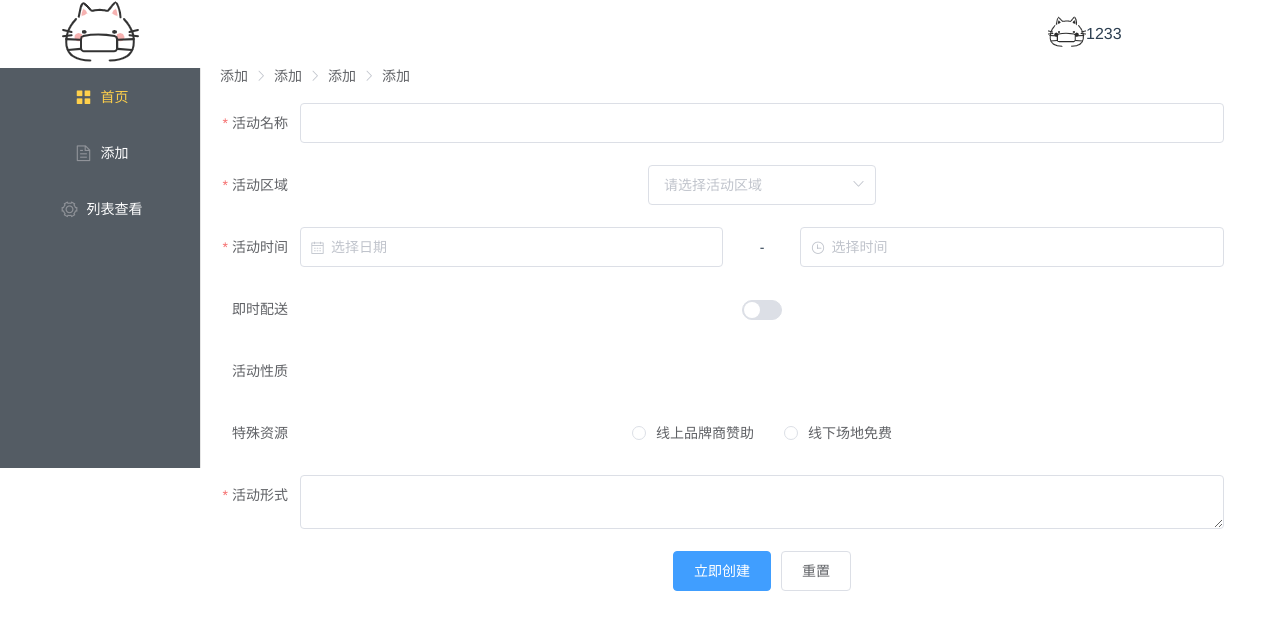
Repository: faintout/backMng
Page: /#/addList (app in backmng/)
These files come from the project's save history. The page is drawn as it stood at one moment and after the next save; the edit follows.
The browser window is 1280 px wide. The pictures show the whole page.
The project was rebuilt for these pictures with package versions that can differ from the ones it lists, and the page was loaded fresh each time. Also part of the build but not shown: backmng/vue.config.js, backmng/src/views/_index.vue, backmng/src/views/list.vue.

Above is the page before, as saved 2020-12-30 17:03:03.

### backmng/src/main.js
import Vue from 'vue'
import App from './App.vue'
import router from './router'
import store from './store'
import ElementUI from 'element-ui'
import 'element-ui/lib/theme-chalk/index.css'
import './assets/index.css'

Vue.use(ElementUI)
Vue.config.productionTip = false

new Vue({
  router,
  store,
  render: h => h(App)
}).$mount('#app')

### backmng/src/App.vue
<template>
  <div id="app">
    <router-view/>
  </div>
</template>

<style lang="less">
#app {
  font-family: Avenir, Helvetica, Arial, sans-serif;
  -webkit-font-smoothing: antialiased;
  -moz-osx-font-smoothing: grayscale;
  text-align: center;
  color: #2c3e50;
  height: 100%;
}

#nav {
  padding: 30px;

  a {
    font-weight: bold;
    color: #2c3e50;

    &.router-link-exact-active {
      color: #42b983;
    }
  }
}
</style>

### backmng/src/router/index.js
import Vue from 'vue'
import VueRouter from 'vue-router'
import Layout from '../views/layout.vue'
import _index from '../views/_index.vue'
import addList from '../views/addList.vue'
import list from '../views/list.vue'

Vue.use(VueRouter)

const routes = [
    {
        path: '/',
        name: 'Layout',
        component: Layout,
        children: [
            {
                path: '/_index',
                name: '首页',
                component: _index,
            },
            {
                path: '/addList',
                name: '添加',
                component: addList,
            },
            {
                path: '/list',
                name: '列表查看',
                component: list,
            },
        ]
    },
]

const router = new VueRouter({
    routes
})

export default router

### backmng/src/assets/index.css
* {
    /* width: 100%;
    height: 100%; */
    padding: 0;
    margin: 0;
}
html,body{
    height: 100%;
}
.h100{
    height: 100%;
}

### backmng/src/views/layout.vue
<template>
    <div class="h100">
        <div class="menu_list" style="width:200px;float:left">
            <!-- <header-top></header-top> -->
            <img :src="require('../assets/images/'+(!isCollapse?'7':'7_25px')+'.png')" alt="" @click="isCollapse = !isCollapse" :style="{left:isCollapse?'-64px':0}">
            <!-- <img src="../assets/images/7.png" alt="" @click="isCollapse = !isCollapse" style="cursor:pointer;"> -->
            <el-row class="tac h100">
                <el-col :span="12" class="h100">
                    <el-menu default-active="/_index" router class="el-menu-vertical-demo" @open="handleOpen" @close="handleClose" background-color="#545c64" text-color="#fff" active-text-color="#ffd04b" :collapse="isCollapse">
                        <el-menu-item index="/_index">
                            <i class="el-icon-menu"></i>
                            <span slot="title">首页</span>
                        </el-menu-item>
                        <el-menu-item index="/addList">
                            <i class="el-icon-document"></i>
                            <span slot="title">添加</span>
                        </el-menu-item>
                        <el-menu-item index="/list">
                            <i class="el-icon-setting"></i>
                            <span slot="title">列表查看</span>
                        </el-menu-item>
                    </el-menu>
                </el-col>
            </el-row>
        </div>
        <div style="width:80%;float:left">
            <header-top></header-top>
            <div class="content">
                <el-breadcrumb separator-class="el-icon-arrow-right"  style="margin: 5px 0 20px 20px;">
                    <el-breadcrumb-item>{{$route.name}}</el-breadcrumb-item>
                    <el-breadcrumb-item>{{$route.name}}</el-breadcrumb-item>
                    <el-breadcrumb-item>{{$route.name}}</el-breadcrumb-item>
                    <el-breadcrumb-item>{{$route.name}}</el-breadcrumb-item>
                </el-breadcrumb>
                <router-view></router-view>
            </div>
        </div>


    </div>
</template>

<script>
    import headerTop from './headerTop'
    export default {
        components: {
            headerTop
        },
        data() {
            return {
                isCollapse: false
            }
        },
        watch: {},
        computed: {},
        methods: {
            handleOpen(key, keyPath) {
                console.log(key, keyPath);
            },
            handleClose(key, keyPath) {
                console.log(key, keyPath);
            }
        },
        mounted() {},
        created() {},
    }
</script>
<style lang="less" scoped>
    .el-menu-vertical-demo:not(.el-menu--collapse) {
        width: 200px;
        min-height: 400px;
        // height: calc(100% - 64px);
    }

    .menu_list {
        img {
            cursor: pointer;
            position: relative,
        }
    }
</style>

### backmng/src/views/addList.vue
<template>
    <div>
        <el-form :model="ruleForm" :rules="rules" ref="ruleForm" label-width="100px" class="demo-ruleForm">
            <el-form-item label="活动名称" prop="name">
                <el-input v-model="ruleForm.name"></el-input>
            </el-form-item>
            <el-form-item label="活动区域" prop="region">
                <el-select v-model="ruleForm.region" placeholder="请选择活动区域">
                    <el-option label="区域一" value="shanghai"></el-option>
                    <el-option label="区域二" value="beijing"></el-option>
                </el-select>
            </el-form-item>
            <el-form-item label="活动时间" required>
                <el-col :span="11">
                    <el-form-item prop="date1">
                        <el-date-picker type="date" placeholder="选择日期" v-model="ruleForm.date1" style="width: 100%;"></el-date-picker>
                    </el-form-item>
                </el-col>
                <el-col class="line" :span="2">-</el-col>
                <el-col :span="11">
                    <el-form-item prop="date2">
                        <el-time-picker placeholder="选择时间" v-model="ruleForm.date2" style="width: 100%;"></el-time-picker>
                    </el-form-item>
                </el-col>
            </el-form-item>
            <el-form-item label="即时配送" prop="delivery">
                <el-switch v-model="ruleForm.delivery"></el-switch>
            </el-form-item>
            <el-form-item label="活动性质" prop="type">
                <el-checkbox-group v-model="ruleForm.type">
                    <el-checkbox label="美食/餐厅线上活动" name="type"></el-checkbox>
                    <el-checkbox label="地推活动" name="type"></el-checkbox>
                    <el-checkbox label="线下主题活动" name="type"></el-checkbox>
                    <el-checkbox label="单纯品牌曝光" name="type"></el-checkbox>
                </el-checkbox-group>
            </el-form-item>
            <el-form-item label="特殊资源" prop="resource">
                <el-radio-group v-model="ruleForm.resource">
                    <el-radio label="线上品牌商赞助"></el-radio>
                    <el-radio label="线下场地免费"></el-radio>
                </el-radio-group>
            </el-form-item>
            <el-form-item label="活动形式" prop="desc">
                <el-input type="textarea" v-model="ruleForm.desc"></el-input>
            </el-form-item>
            <el-form-item>
                <el-button type="primary" @click="submitForm('ruleForm')">立即创建</el-button>
                <el-button @click="resetForm('ruleForm')">重置</el-button>
            </el-form-item>
        </el-form>
    </div>
</template>

<script>
    export default {
        components: {},
        data() {
            return {
                ruleForm: {
                    name: '',
                    info: '',
                    info1: '',
                    info2: '',
                    info3: '',
                    info4: '',
                    info5: '',
                    info6: ''
                },
                rules: {
                    name: [
                        { required: true, message: '内容不能为空', trigger: 'blur' },
                    ],
                    region: [
                        { required: true, message: '内容不能为空', trigger: 'blur' },
                    ],
                    date1: [
                        { type: 'date', required: true, message: '请选择日期', trigger: 'change' }
                    ],
                    date2: [
                        { type: 'date', required: true, message: '请选择时间', trigger: 'change' }
                    ],
                    // type: [
                    //     { type: 'array', required: true, message: '请至少选择一个活动性质', trigger: 'change' }
                    // ],
                    // resource: [
                    //     { required: true, message: '请选择活动资源', trigger: 'change' }
                    // ],
                    desc: [
                        { required: true, message: '请填写活动形式', trigger: 'blur' }
                    ]
                }
            }
        },
        watch: {},
        computed: {},
        methods: {
            submitForm(formName) {
                this.$refs[formName].validate((valid) => {
                    if (valid) {
                        // alert('submit!');
                        // 提交
                    } else {
                        // console.log('error submit!!');
                        this.$message.error('请输入必填信息！')
                        return false;
                    }
                });
            },
            resetForm(formName) {
                this.$refs[formName].resetFields();
            }
        },
        mounted() {},
        created() {},
    }
</script>
<style lang="less" scoped>
</style>

### backmng/src/views/headerTop.vue
<template>
    <div>
        <div class="header">
            <div class="user_info">
                <div class="user_pic">
                    <img src="../assets/images/user_pic.png" alt="">
                </div>
                <div class="user_name">1233</div>
            </div>
        </div>
    </div>
</template>

<script>
    export default {
        components: {},
        data() {
            return {}
        },
        watch: {},
        computed: {},
        methods: {},
        mounted() {},
        created() {},
    }
</script>
<style lang="less" scoped>
    .header {
        // display: flex;
        justify-content: space-between;
        height: 64px;
        width: 100%;
        vertical-align: middle;
        display: inline-block;
        // img{
        //     float: left;
        // }
    }

    .user_info div {
        display: inline-block;
        margin-top: 16px;
    }

    .user_info {
        text-align: center;
        margin-right: 10%;
        vertical-align: middle;
        float: right;
    }

    .user_name {
        vertical-align: middle;
        display: inline-block;
    }

    .user_pic {
        vertical-align: middle;
    }
</style>

Loaded but not shown: backmng/public/index.html (common file); backmng/src/store/index.js (common file)

After the next save:
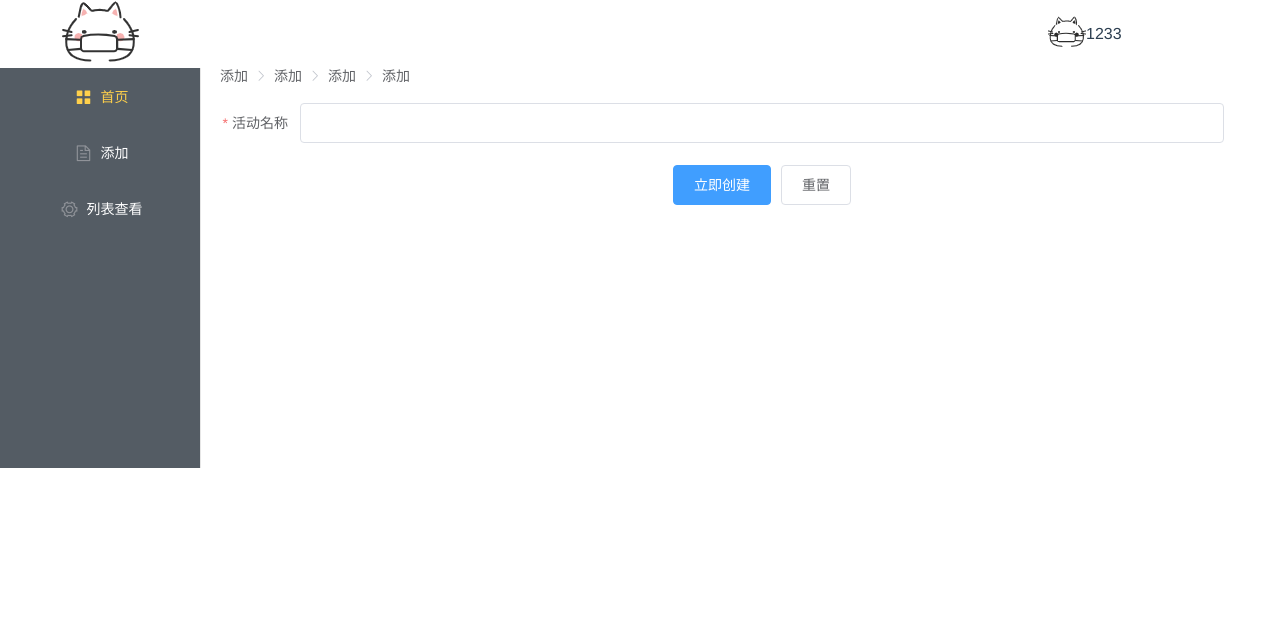
Saved 12 s later.
--- a/backmng/src/views/addList.vue
+++ b/backmng/src/views/addList.vue
@@ -4,7 +4,7 @@
             <el-form-item label="活动名称" prop="name">
                 <el-input v-model="ruleForm.name"></el-input>
             </el-form-item>
-            <el-form-item label="活动区域" prop="region">
+            <!-- <el-form-item label="活动区域" prop="region">
                 <el-select v-model="ruleForm.region" placeholder="请选择活动区域">
                     <el-option label="区域一" value="shanghai"></el-option>
                     <el-option label="区域二" value="beijing"></el-option>
@@ -42,7 +42,7 @@
             </el-form-item>
             <el-form-item label="活动形式" prop="desc">
                 <el-input type="textarea" v-model="ruleForm.desc"></el-input>
-            </el-form-item>
+            </el-form-item> -->
             <el-form-item>
                 <el-button type="primary" @click="submitForm('ruleForm')">立即创建</el-button>
                 <el-button @click="resetForm('ruleForm')">重置</el-button>
